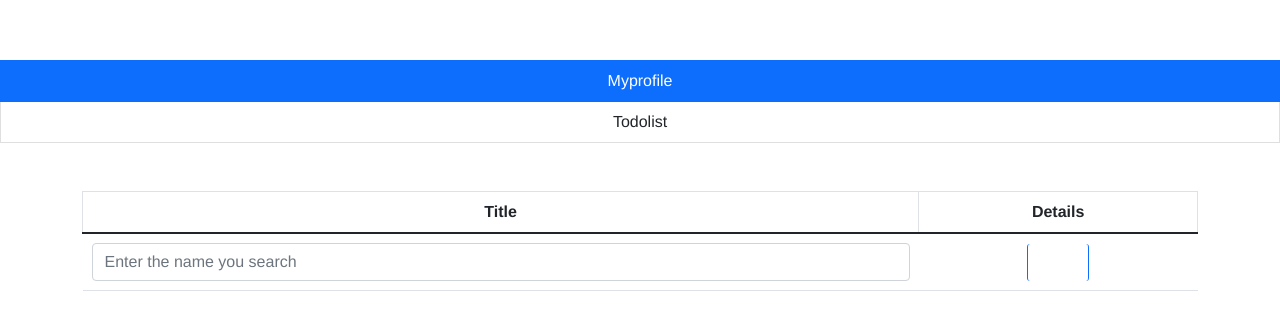
Repository: Shanshan67/todolist
Page: /#/profile
An editor plug-in stored every save of this project. The page is shown before and after the next save, followed by the edit.
The browser window is 1280 px wide. The pictures show the whole page.
The project was rebuilt for these pictures with package versions that can differ from the ones it lists, and the page was loaded fresh each time. Also part of the build but not shown: src/components/Dashboard.vue, src/components/Todolist.vue.

Above is the page before, as saved 2022-07-15 23:07:36.

After the next save:
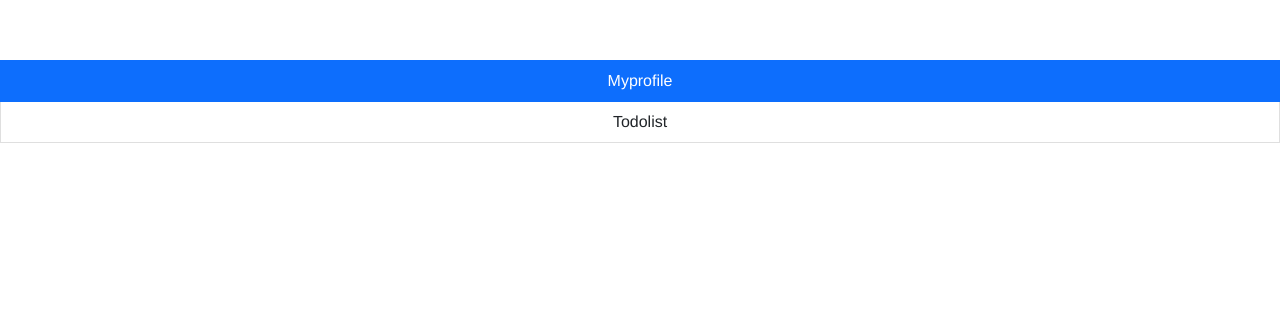
Saved 59 s later.
--- a/src/components/Myprofile.vue
+++ b/src/components/Myprofile.vue
@@ -1,47 +1,6 @@
 <template>
 	<div class="container">
-		<div class="row">
-			<div class="col-12">
-				<table class="table table-bordered mt-5">
-					<thead>
-						<tr>
-							<th>Title</th>
-							<th>Details</th>
-						</tr>
-					</thead>
-					<tbody>
-						<tr v-for="(item, i) in todoList" :key="i">
-							<td class="align-middle w-75">
 
-							</td>
-							<td class="align-middle w-75">
-								{{item.name}}
-							</td>
-						</tr>
-					</tbody>
-					<tfoot>
-						<td class="align-middle text-center w-75">
-							<div class="form-group">
-								<input
-									type="text"
-									class="form-control"
-									placeholder="Enter the name you search"
-									v-model="todoItem.name"
-								/>
-							</div>
-						</td>
-						<td class="align-middle text-center w-75">
-							<button
-								class="btn btn-primary btn-sm mx-1"
-								@click="handleSearch"
-							>
-								Search
-							</button>
-						</td>
-					</tfoot>
-				</table>
-			</div>
-		</div>
 	</div>
 </template>
 
